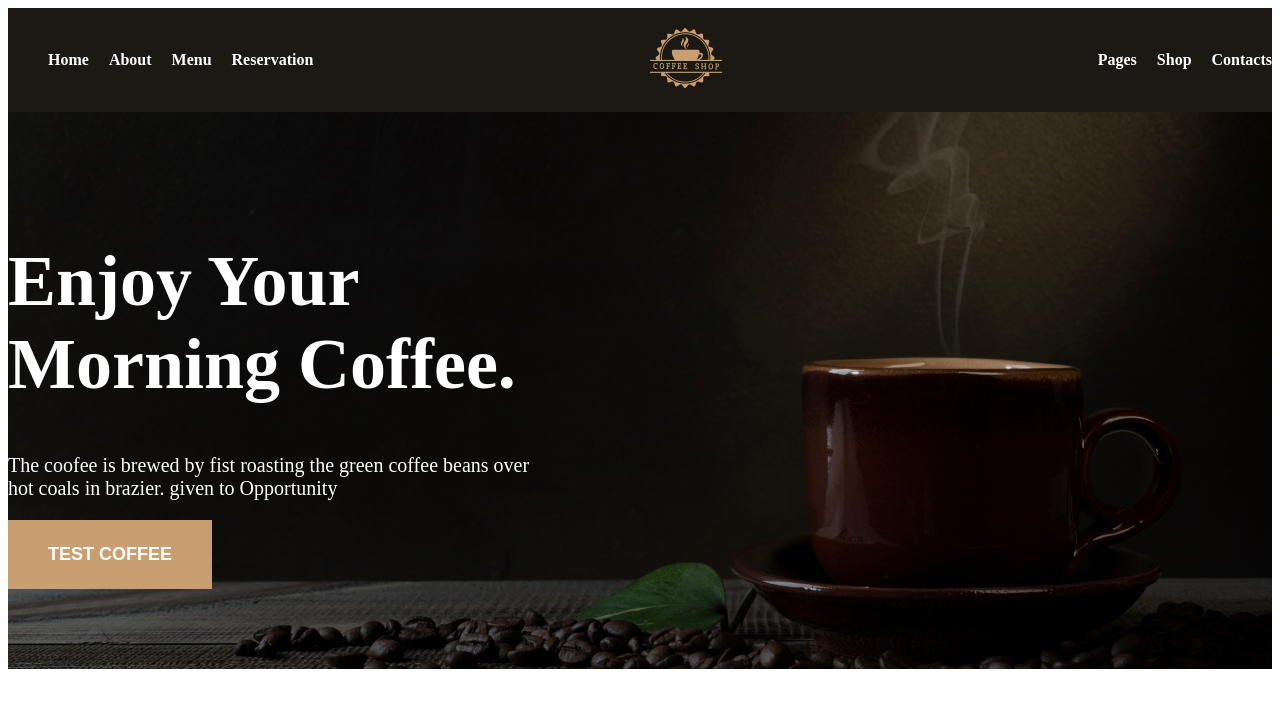
Repository: SitoraRashidova/CoffeShop_Figma
Page: /
These files come from the project's save history. The page is drawn as it stood at one moment and after the next save; the edit follows.
The browser window is 1280 px wide. The pictures show the whole page.
The project was rebuilt for these pictures with package versions that can differ from the ones it lists, and the page was loaded fresh each time. Also part of the build but not shown: vite.config.js.

Above is the page before, as saved 2024-11-24 23:04:43.

After the next save:
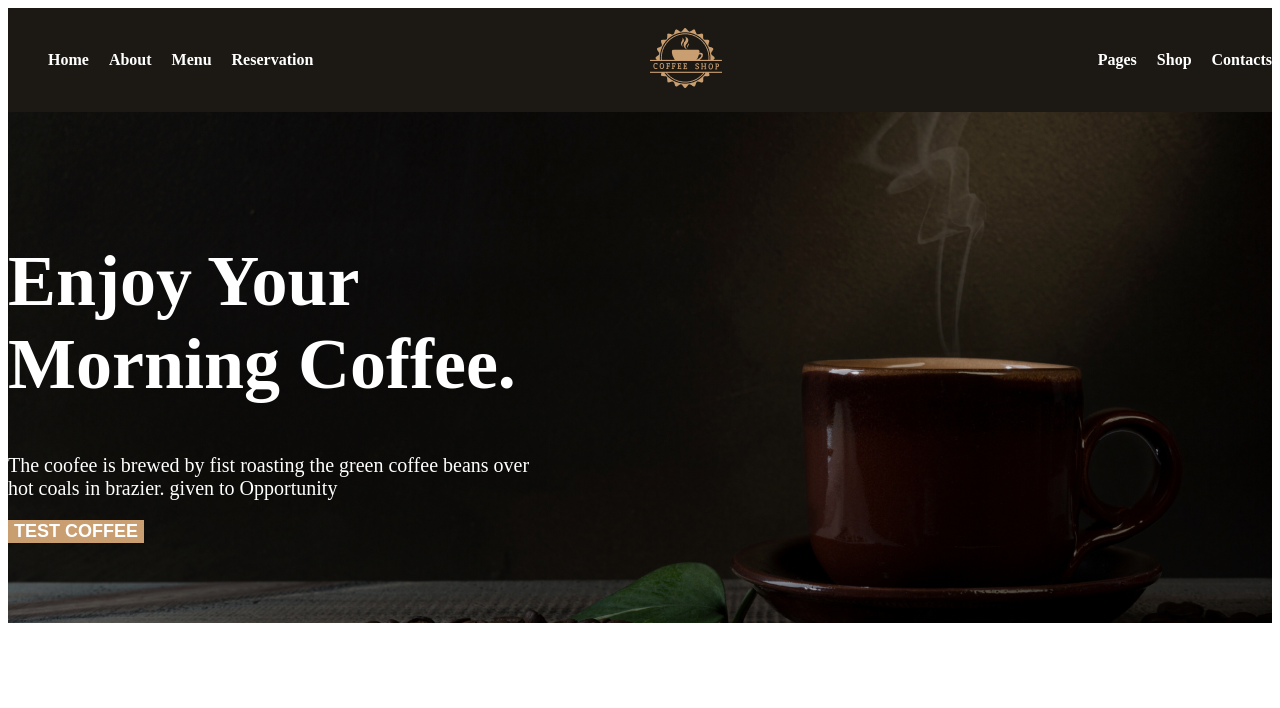
Saved 2 min 47 s later.
--- a/src/index.css
+++ b/src/index.css
@@ -80,7 +80,7 @@
 }
 
 .hero-btn{
-  padding: 24px 40px;
+  /* padding: 24px 40px; */
   font-weight: 700;
   font-size: 18px;
   border: none;

After the save that followed:
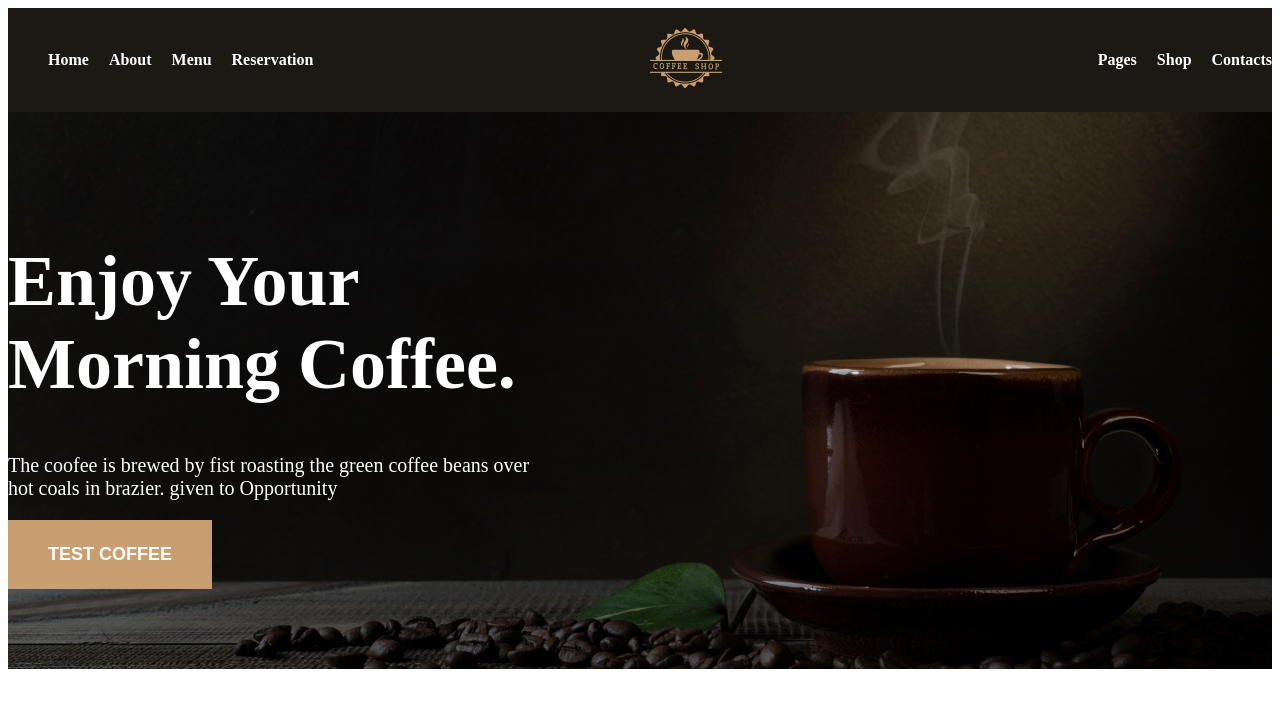
Saved 4 s later.
--- a/src/index.css
+++ b/src/index.css
@@ -80,7 +80,7 @@
 }
 
 .hero-btn{
-  /* padding: 24px 40px; */
+  padding: 24px 40px;
   font-weight: 700;
   font-size: 18px;
   border: none;
